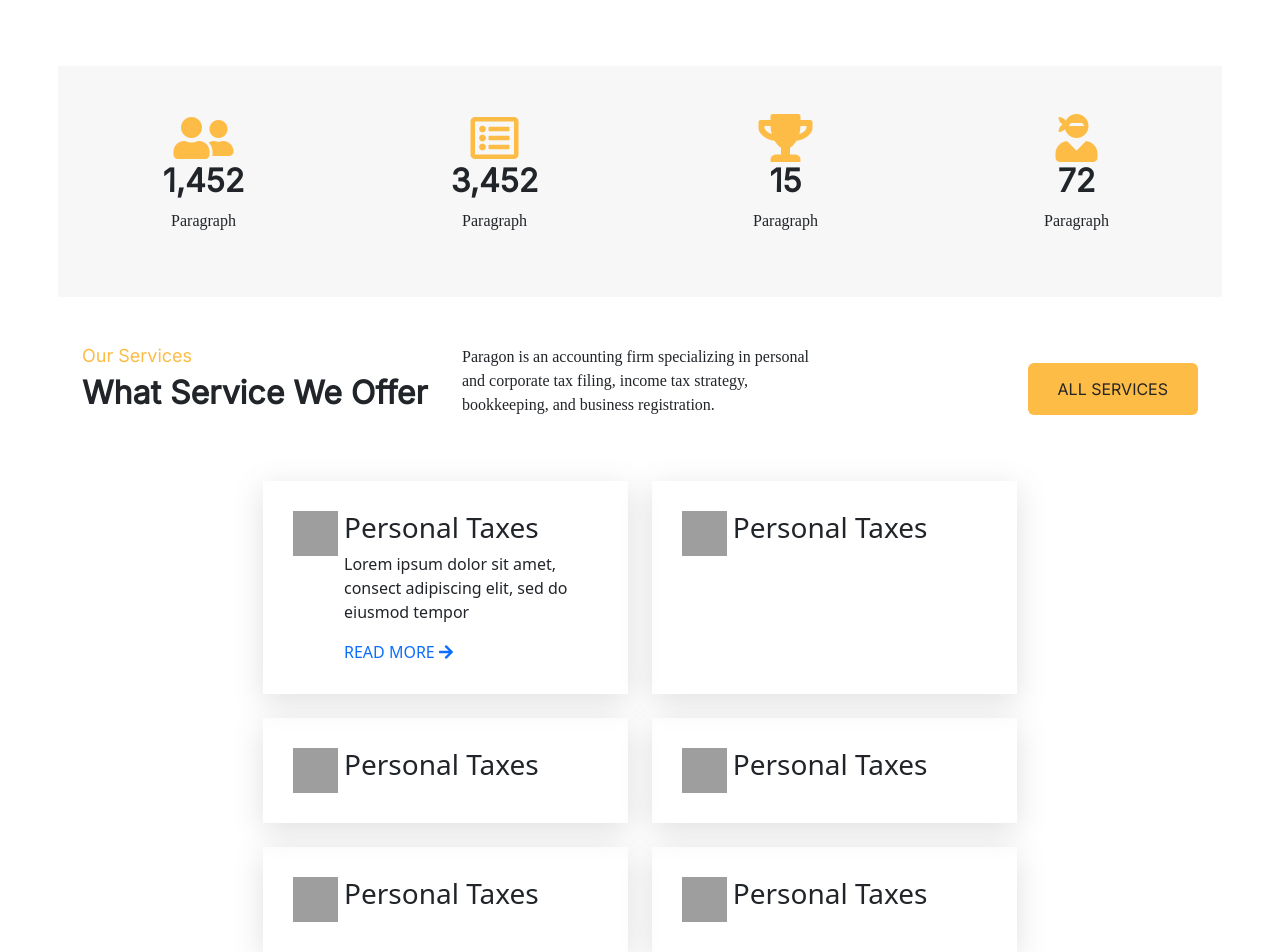
Repository: FailureMaster/paragonaccounting
Page: http://localhost/index.html
An editor plug-in stored every save of this project. The page is shown before and after the next save, followed by the edit.
The browser window is 1280 px wide. The pictures show the part of the page from y = 1567 to 2519 px (the page is 2519 px tall).
Pictures or frames that could not be fetched are drawn as grey boxes. Some web fonts or font styles are not loaded; a fallback is used. The page is run by PHP 8.4 with error messages shown; the project is at /var/www/html/.

Above is the page before, as saved 2022-12-21 00:47:43.

After the next save:
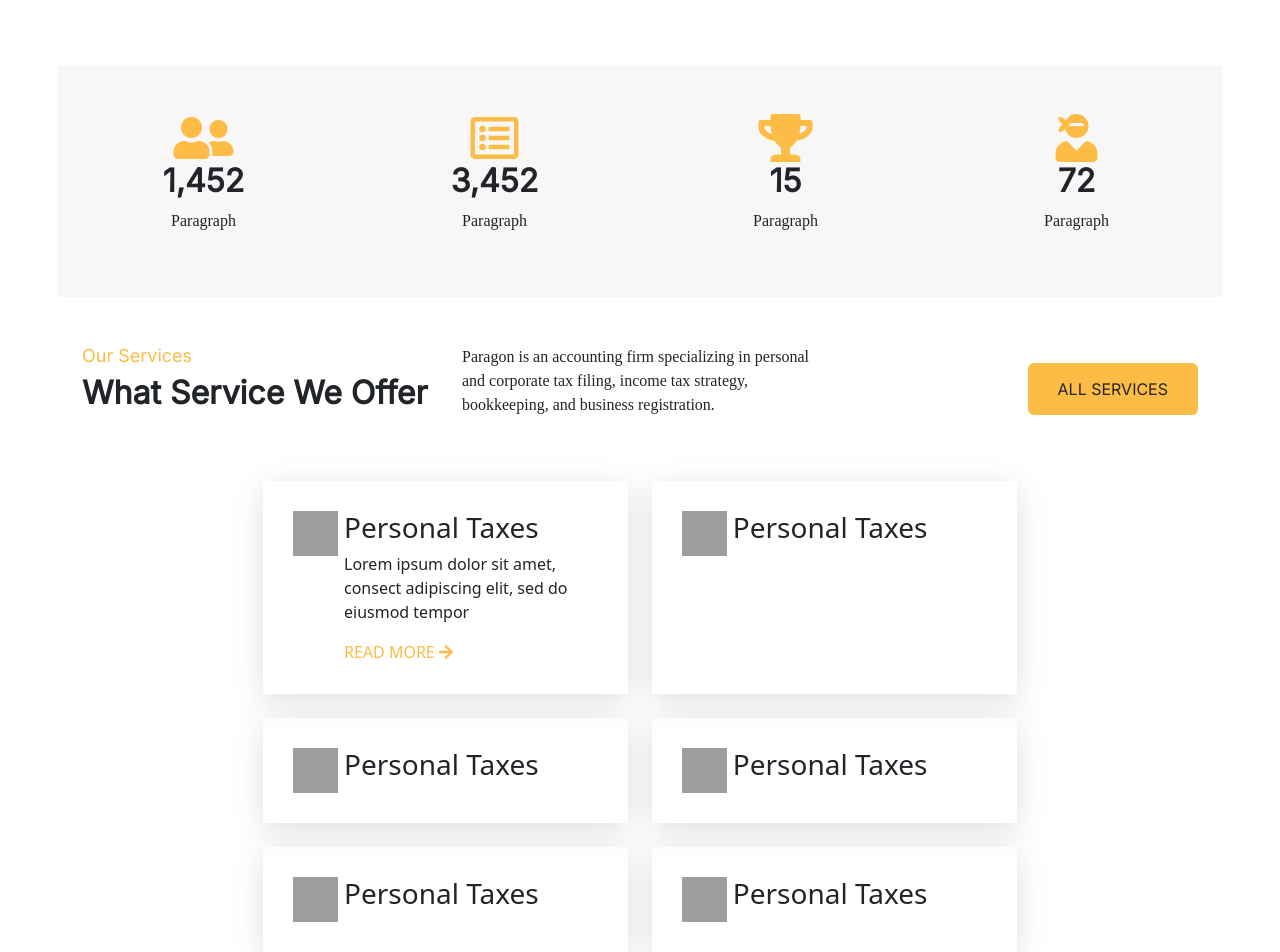
Saved 6 s later.
--- a/assets/css/styles.css
+++ b/assets/css/styles.css
@@ -183,4 +183,5 @@ nav .container {
 .service-box a {
   text-decoration: none;
   text-transform: uppercase;
+  color: #FCBC45;
 }
